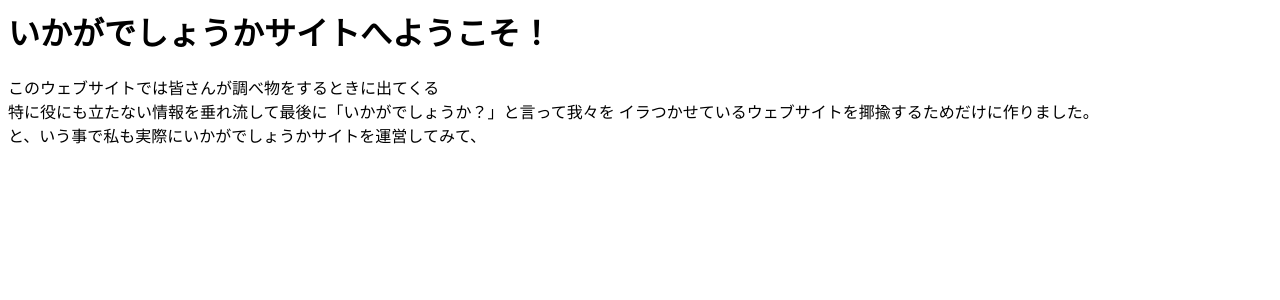
Repository: ghevp/ikagadeshoka
Page: page/home.html
The author's editor kept a copy of each file at every save. The page is drawn from the files as they stood at one save, then again after the next save.
The browser window is 1280 px wide. The pictures show the whole page.

Above is the page before, as saved 2022-06-23 02:54:57.

After the next save:
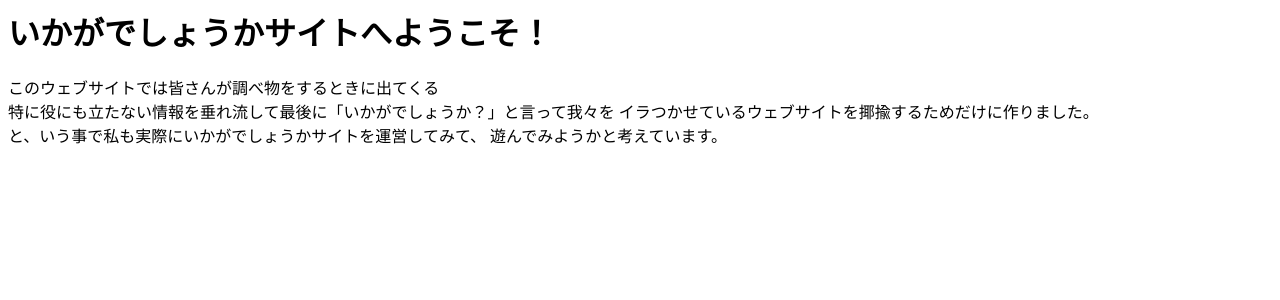
Saved 7 s later.
--- a/page/home.html
+++ b/page/home.html
@@ -4,7 +4,7 @@
     特に役にも立たない情報を垂れ流して最後に「いかがでしょうか？」と言って我々を
     イラつかせているウェブサイトを揶揄するためだけに作りました。<br>
     と、いう事で私も実際にいかがでしょうかサイトを運営してみて、
-
+    遊んでみようかと考えています。
 </p>
 
 </div>

After the save that followed:
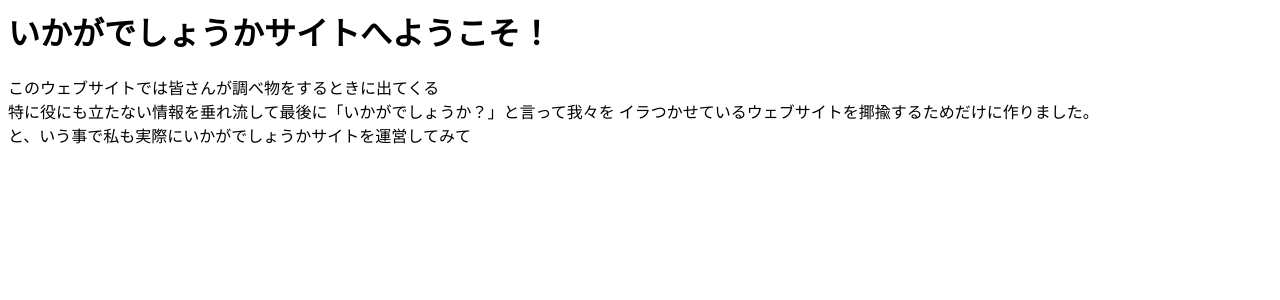
Saved 5 s later.
--- a/page/home.html
+++ b/page/home.html
@@ -3,8 +3,7 @@
     <p>このウェブサイトでは皆さんが調べ物をするときに出てくる<br>
     特に役にも立たない情報を垂れ流して最後に「いかがでしょうか？」と言って我々を
     イラつかせているウェブサイトを揶揄するためだけに作りました。<br>
-    と、いう事で私も実際にいかがでしょうかサイトを運営してみて、
-    遊んでみようかと考えています。
+    と、いう事で私も実際にいかがでしょうかサイトを運営してみて
 </p>
 
 </div>
